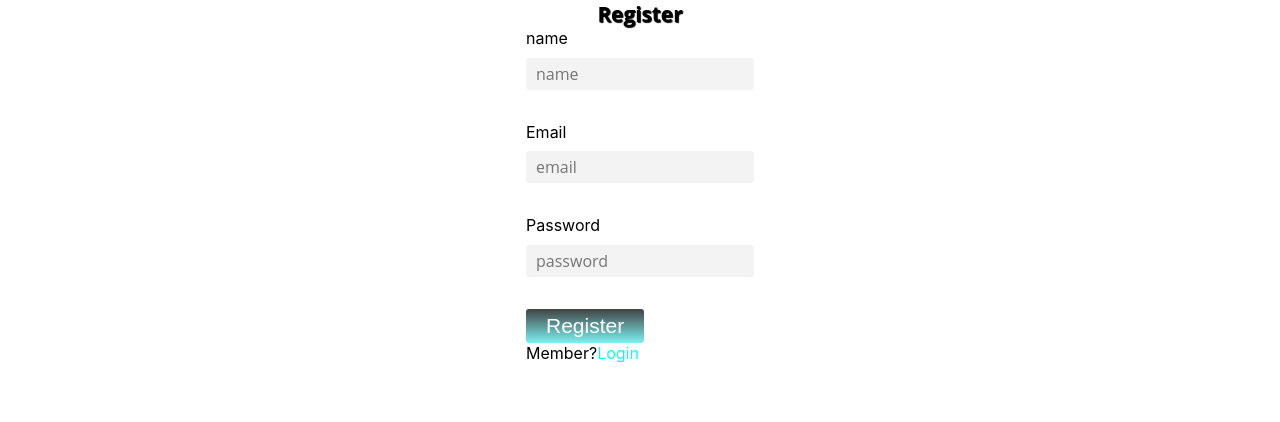
Repository: CSituma/React-Express-Form-Logic
Page: /register (app in client/)
An editor plug-in stored every save of this project. The page is shown before and after the next save, followed by the edit.
The browser window is 1280 px wide. The pictures show the whole page.
The project was rebuilt for these pictures with package versions that can differ from the ones it lists, and the page was loaded fresh each time. Also part of the build but not shown: client/src/components/login/login.jsx, client/src/components/login/dashboard.jsx.

Above is the page before, as saved 2020-11-30 12:01:55.

### client/src/App.jsx
import React from 'react'
import Login from "./components/login/login"
import Dashboard from "./components/login/dashboard"
import Register from "./components/login/register"

import {BrowserRouter as Router, Switch,Route} from "react-router-dom";

const App =()=> {



    return (
      <Router>
        <Switch>

        <Route path='/' exact component={Login}/>
        <Route path='/dashboard' exact component={Dashboard}/>
        <Route path='/register' exact component={Register}/>


       </Switch>
      </Router>
    )

}

export default App;

### client/src/components/login/register.jsx
import React, { Component } from "react";
import "./style.scss";
import axios from "axios";
import {Link} from "react-router-dom"
import TextField from "material-ui/TextField"
import RaisedButton from "material-ui/RaisedButton"


export default class Register extends Component {


state = {
username:"",
usernameerror:"",
email:"",
emailerror:"",
password:"",
passworderrors:"",
errors:'',

  }

handleChange = (e) =>{

  this.setState({[e.target.name]:e.target.value})


  }

validatefields = (e) =>{
  let errors = {}
  let isError = false

  if (!this.state.username.trim()) {
    isError = true;
    errors.username = 'Username is required';
  }
   else if (!/^[A-Za-z]+/.test(this.state.username.trim())) {
     isError = true
    errors.name = 'Enter a valid name';
  }


  if (!this.state.email) {
    isError = true;
    errors.email = 'Email required';
  }
  else if (!/\S+@\S+\.\S+/.test(this.state.email)) {
    isError = true;
    errors.email = 'Email address is invalid';
  }

  if (!this.state.password) {
    isError = true;
    errors.password = 'Password is required';
  }
   else if (this.state.password.length < 6) {
    isError = true;
    errors.password = 'Password needs to be atleast 6 characters';
  }

    if(isError){this.setState({...errors,...this.state})}

  return isError;


}
   submit = (e) =>{
    e.preventDefault();

   const error = this.validatefields()

   if (!error){
    const payload = {
       username:this.state.username,
      email:this.state.email,
      password:this.state.password,

    }

  axios({
    url: '/api/login/loginuser',
    method: 'POST',
    data: payload
  })
    .then(()=> {
      console.log('user has been sent to the server')
      this.delete();
    })
    .catch(err => {
      console.log(err.message);
    });
    }
   }

  delete = () => {
    this.setState({
      name: '',
      email:'',
      password: '',
    });
  };

  render() {
  console.log(this.state)

    return (
      <div className="form-container">
        <div className="header">Register</div>
        <div className="content">
          <form className="form" onSubmit = {this.submit} >
            <div className="form-group">
              <label htmlFor="name">name</label>
              <input type="text" name="username"
               value = {this.state.username}
               onChange={this.handleChange} placeholder="name" />
            </div>

            <div className="form-group">
              <label htmlFor="email">Email</label>
              <input type="email" name="email"placeholder="email" autoComplete="true" value= {this.state.email} onChange={this.handleChange} />
            </div>

            <div className="form-group">
              <label htmlFor="password">Password</label>
              <input type="password" name="password"placeholder="password" autoComplete="true" value= {this.state.password} onChange={this.handleChange} />
            </div>


             <button className="btn">Register </button>


          </form>
          <div className="toggler">
            Member?
          <Link to ="./">Login</Link>
          </div>
        </div>



      </div>
    );
    }
}

### client/src/components/login/style.scss
.form-container {
  width:100%;
  display: flex;
  height:400px;
  flex-direction: column;
  align-items: center;
  margin: 0;

  .header {
    font-size: 1.3rem;
    margin-top: 0;
    font-weight:bold;
    text-shadow:1px 1px 1px black;
    font-family: "Open Sans", sans-serif;
  }

  .content {
    display: flex;
    flex-direction: column;

    .image {
      width:150px;
      img {
        max-width: 100%;
      }
    }

    .form {
      align-items: center;
      .form-group {
        display: flex;
        flex-direction: column;
        align-items: flex-start;
        width: fit-content;
        label {
          font-size:1rem;
        }
        input {
          margin-top:0.6rem;
          max-width:20em;
          height:2rem;
          padding: 0px 10px;
          font-size: 1rem;
          font-family: "Open Sans", sans-serif;
          background-color: #f3f3f3;
          border: 0;
          border-radius: 4px;
          margin-bottom:2rem;
          transition: all 250ms ease-in-out;


          &:focus {
            outline: none;
            box-shadow: 0px 0px 12px 0.8px rgba(0, 0, 0, 0.356);
          }
        }
      }
    }
  }

  .footer {
    margin-top:1em;
  }
}

//Button
.btn {
  font-size: 21px;
  margin-top:0;
  padding: 5px 20px;
  border: 0;
  background:linear-gradient(rgba(0, 0, 0, 0.74),rgba(64, 236, 236, 0.698));
  color: #fff;
  border-radius: 3px;
  transition: all 250ms ease-in-out;
  cursor: pointer;
  &:hover {
    transition: 2s;
    background:black;
  }
  &:focus {
    outline: none;
  }
}
.toggler a{
text-decoration: none;
color:aqua;
}

Loaded but not shown: client/public/index.html (common file); client/src/index.js (common file); client/src/index.css (common file); client/src/reportWebVitals.js (common file)

After the next save:
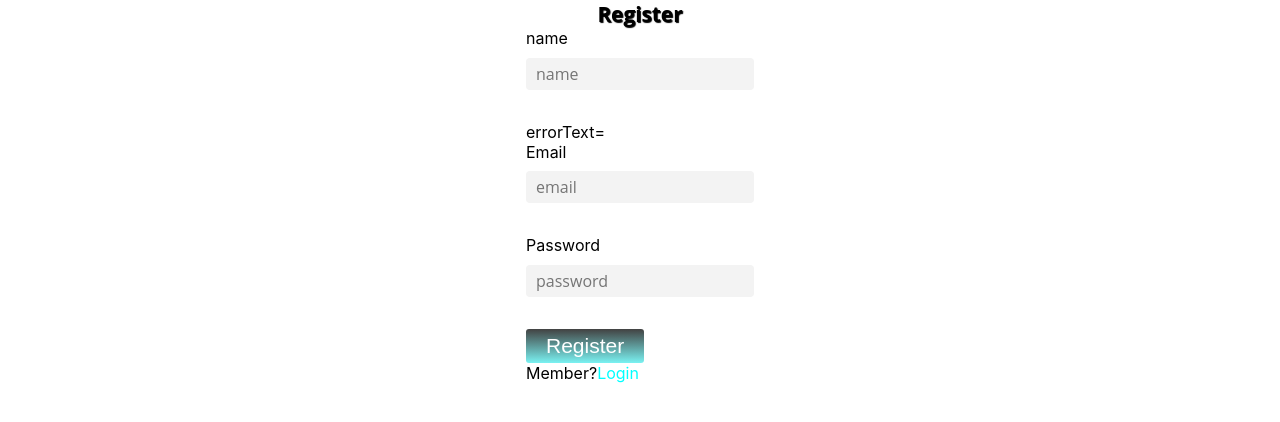
Saved 112 s later.
--- a/client/src/components/login/register.jsx
+++ b/client/src/components/login/register.jsx
@@ -114,6 +114,7 @@ validatefields = (e) =>{
               <input type="text" name="username"
                value = {this.state.username}
                onChange={this.handleChange} placeholder="name" />
+               errorText={this.state.usernameerror}
             </div>
 
             <div className="form-group">
